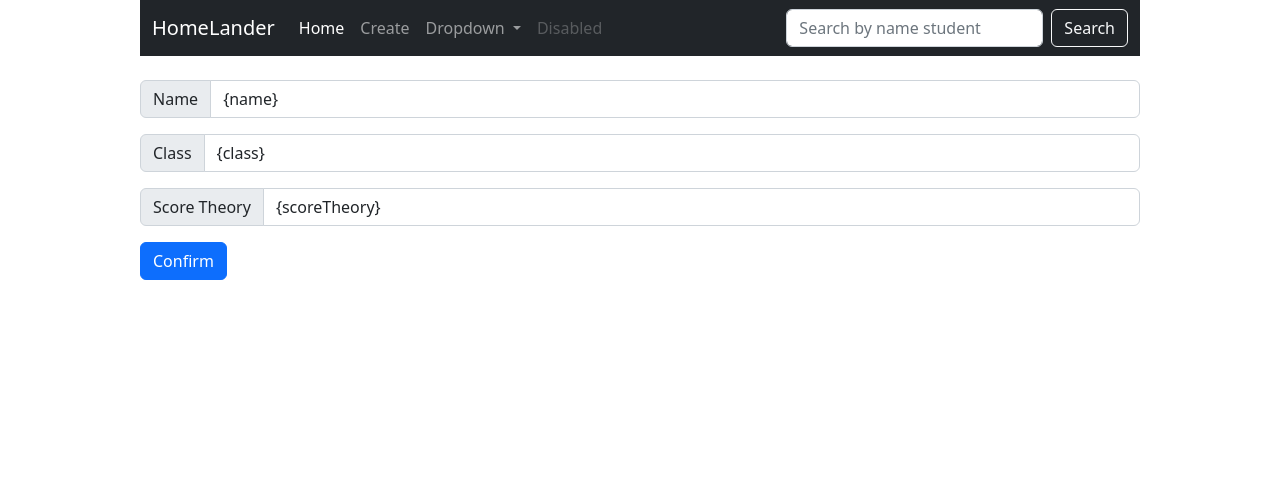
Repository: nguyenhung50497/MD3_thiThucHanh
Page: src/views/edit.html
The author's editor kept a copy of each file at every save. The page is drawn from the files as they stood at one save, then again after the next save.
The browser window is 1280 px wide. The pictures show the whole page.

Above is the page before, as saved 2023-01-05 09:17:21.

### src/views/edit.html
<!doctype html>
<html lang="en">
  <head>
    <meta charset="utf-8">
    <meta name="viewport" content="width=device-width, initial-scale=1">
    <title>Home</title>
    <link href="https://cdn.jsdelivr.net/npm/bootstrap@5.2.3/dist/css/bootstrap.min.css" rel="stylesheet" integrity="sha384-rbsA2VBKQhggwzxH7pPCaAqO46MgnOM80zW1RWuH61DGLwZJEdK2Kadq2F9CUG65" crossorigin="anonymous">
  </head>
  <body>
    <div class="container" style="width: 80%;">
      <nav class="navbar navbar-dark bg-dark navbar-expand-lg">
        <div class="container-fluid">
          <a class="navbar-brand" href="/home">HomeLander</a>
          <button class="navbar-toggler" type="button" data-bs-toggle="collapse" data-bs-target="#navbarSupportedContent" aria-controls="navbarSupportedContent" aria-expanded="false" aria-label="Toggle navigation">
            <span class="navbar-toggler-icon"></span>
          </button>
          <div class="collapse navbar-collapse" id="navbarSupportedContent">
            <ul class="navbar-nav me-auto mb-2 mb-lg-0">
              <li class="nav-item">
                <a class="nav-link active" aria-current="page" href="/home">Home</a>
              </li>
              <li class="nav-item">
                <a class="nav-link" href="/student/create">Create</a>
              </li>
              <li class="nav-item dropdown">
                <a class="nav-link dropdown-toggle" href="#" role="button" data-bs-toggle="dropdown" aria-expanded="false">
                  Dropdown
                </a>
                <ul class="dropdown-menu">
                  <li><a class="dropdown-item" href="#">Action</a></li>
                  <li><a class="dropdown-item" href="#">Another action</a></li>
                  <li><hr class="dropdown-divider"></li>
                  <li><a class="dropdown-item" href="#">Something else here</a></li>
                </ul>
              </li>
              <li class="nav-item">
                <a class="nav-link disabled">Disabled</a>
              </li>
            </ul>
            <form class="d-flex" role="search" method="post">
              <input class="form-control me-2" name="search" type="search" placeholder="Search by name student" aria-label="Search">
              <button class="btn btn-outline-light" type="submit">Search</button>
            </form>
          </div>
        </div>
      </nav>
      <br>
      <form action="" method="post">
        <div class="input-group mb-3">
          <span class="input-group-text" id="inputGroup-sizing-default">Name</span>
          <input type="text" name="name" value="{name}" class="form-control" aria-label="Sizing example input" aria-describedby="inputGroup-sizing-default">
        </div>
        <div class="input-group mb-3">
          <span class="input-group-text" id="inputGroup-sizing-default">Class</span>
          <input type="text" name="age" value="{class}" class="form-control" aria-label="Sizing example input" aria-describedby="inputGroup-sizing-default">
        </div>
        <div class="input-group mb-3">
          <span class="input-group-text" id="inputGroup-sizing-default">Score Theory</span>
          <input type="text" name="address" value="{scoreTheory}" class="form-control" aria-label="Sizing example input" aria-describedby="inputGroup-sizing-default">
        </div>
        <button type="button" class="btn btn-primary">Confirm</button>
      </form>
    </div>
    <script src="https://cdn.jsdelivr.net/npm/bootstrap@5.2.3/dist/js/bootstrap.bundle.min.js" integrity="sha384-kenU1KFdBIe4zVF0s0G1M5b4hcpxyD9F7jL+jjXkk+Q2h455rYXK/7HAuoJl+0I4" crossorigin="anonymous"></script>
  </body>
</html>

After the next save:
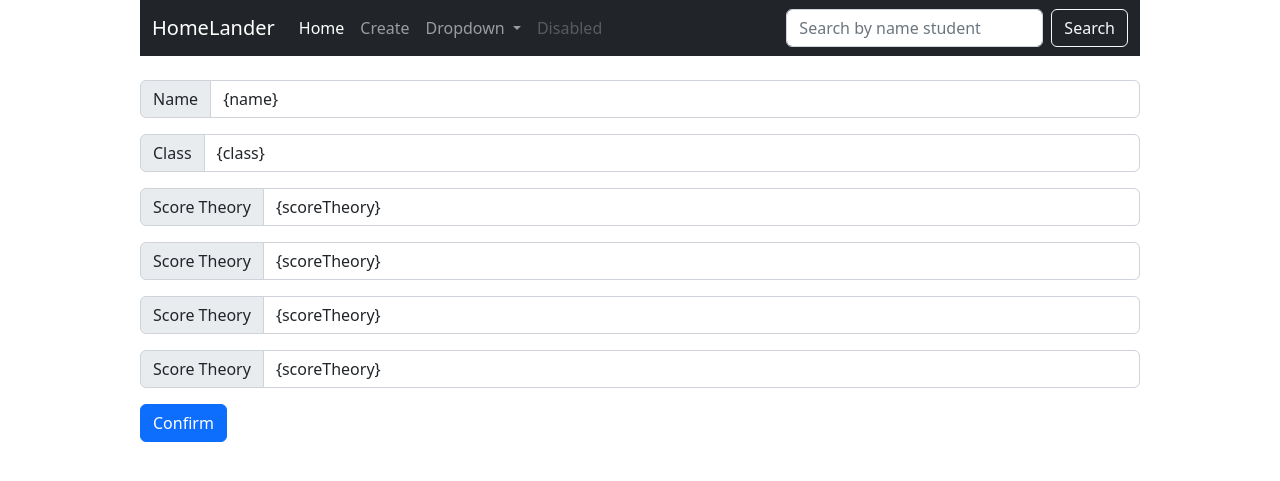
Saved 8 s later.
--- a/src/views/edit.html
+++ b/src/views/edit.html
@@ -58,6 +58,18 @@
           <span class="input-group-text" id="inputGroup-sizing-default">Score Theory</span>
           <input type="text" name="address" value="{scoreTheory}" class="form-control" aria-label="Sizing example input" aria-describedby="inputGroup-sizing-default">
         </div>
+        <div class="input-group mb-3">
+          <span class="input-group-text" id="inputGroup-sizing-default">Score Theory</span>
+          <input type="text" name="address" value="{scoreTheory}" class="form-control" aria-label="Sizing example input" aria-describedby="inputGroup-sizing-default">
+        </div>
+        <div class="input-group mb-3">
+          <span class="input-group-text" id="inputGroup-sizing-default">Score Theory</span>
+          <input type="text" name="address" value="{scoreTheory}" class="form-control" aria-label="Sizing example input" aria-describedby="inputGroup-sizing-default">
+        </div>
+        <div class="input-group mb-3">
+          <span class="input-group-text" id="inputGroup-sizing-default">Score Theory</span>
+          <input type="text" name="address" value="{scoreTheory}" class="form-control" aria-label="Sizing example input" aria-describedby="inputGroup-sizing-default">
+        </div>
         <button type="button" class="btn btn-primary">Confirm</button>
       </form>
     </div>
